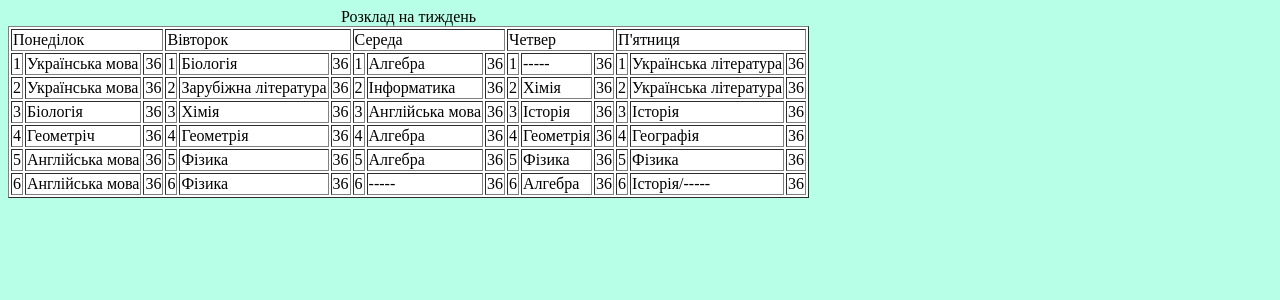
Repository: alexandrastarovoyda-star/homework_info
Page: pr7/html/pr7.html
These files come from the project's save history. The page is drawn as it stood at one moment and after the next save; the edit follows.
The browser window is 1280 px wide. The pictures show the whole page.

Above is the page before, as saved 2026-03-14 19:20:08.

After the next save:
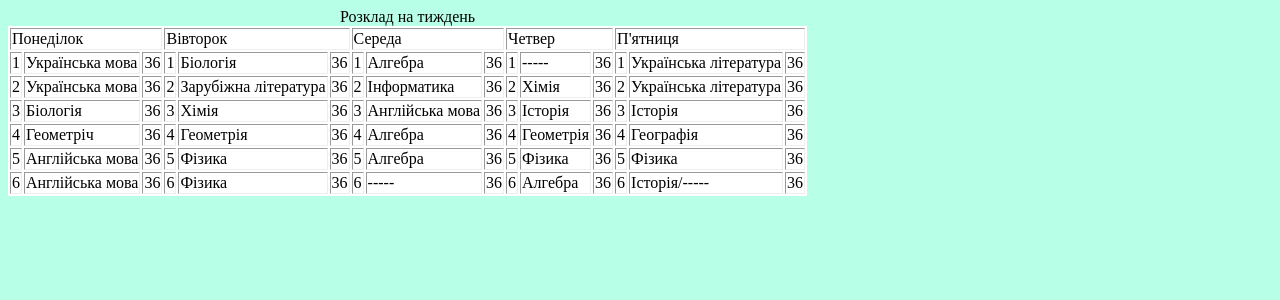
Saved 20 s later.
--- a/pr7/html/pr7.html
+++ b/pr7/html/pr7.html
@@ -6,7 +6,7 @@
         <link rel="stylesheet" href="../css/main.css">
     </head>
     <body>
-        <table border='1px' style="background-color: white;">
+        <table border='1px' style="background-color: white; border: 1px;">
         <caption>Розклад на тиждень</caption>
         <tr>
         <td colspan="3">Понеділок</td>
